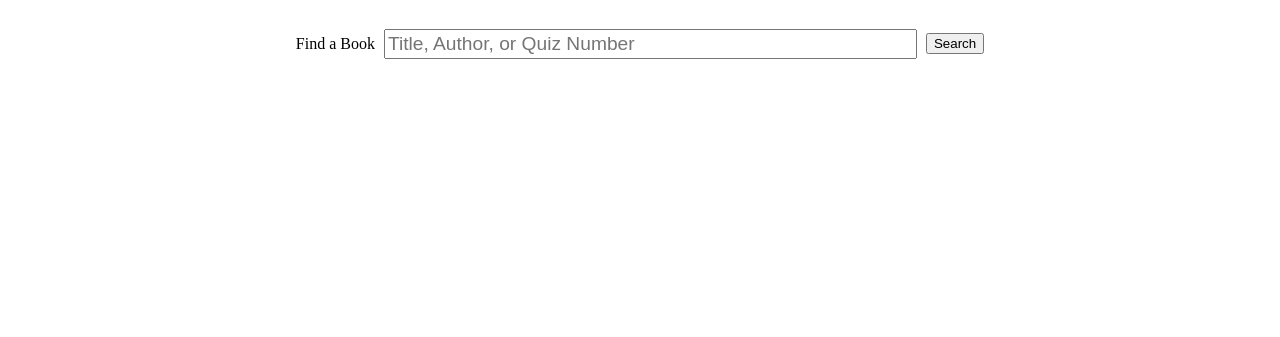
Repository: englibrary/ReadingBank
Page: LoginHome/test.html
The author's editor kept a copy of each file at every save. The page is drawn from the files as they stood at one save, then again after the next save.
The browser window is 1280 px wide. The pictures show the whole page.

Above is the page before, as saved 2015-02-13 11:19:36.

After the next save:
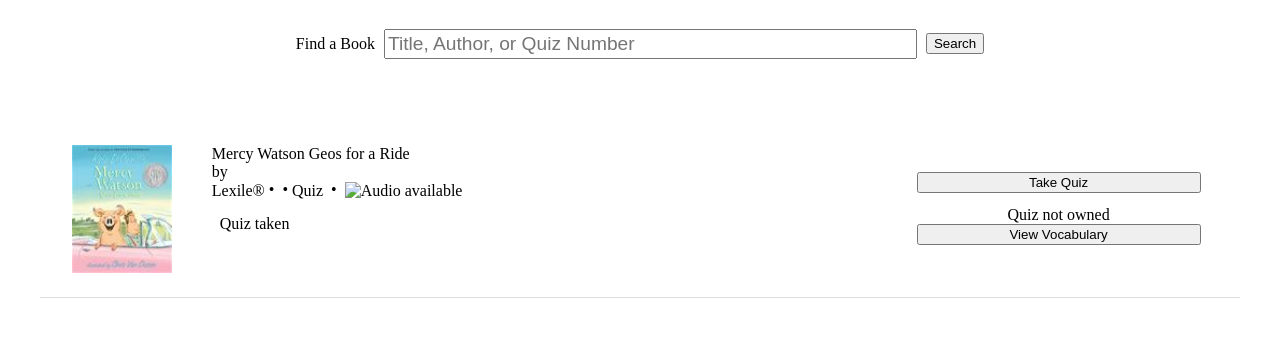
Saved 34 s later.
--- a/LoginHome/test.html
+++ b/LoginHome/test.html
@@ -16,5 +16,41 @@
 				<input class="posButton" type="button" value="Search" />
 				</div>
          </div>
+
+
+
+         	  <div ng-show="searchResults.data" class="ng-cloak roundedCorners largeBox" style="margin:.5em 1em 2em; padding-top:1em;">
+			<div ng-repeat="item in searchResults.data" class="ng-cloak" style="padding:2% 2em; margin:0px 1em; border-bottom:solid 1px #ddd; text-align:left;">
+				<div style="display:inline-block; width:70%; vertical-align:middle; margin-right:4%;">
+					<img src="Images/Mercy_Watson.jpg" style="float:left; vertical-align:middle; margin-right:5%; width:100px; height:auto;" alt="" />
+					<div style="overflow:hidden; vertical-align:middle;">
+						<div class="Mercy Watson" style="cursor:pointer;">Mercy Watson Geos for a Ride</a></div>
+						by&nbsp;<span ng-bind="DiCamilo, Kate"></span>
+						<div>
+							<span style="vertical-align:middle;">Lexile®</span>
+							<span ng-bind="item.level" style="vertical-align:middle;"></span>
+							<span ng-bind="item.interestLevel" style="vertical-align:middle;"></span>
+							&bull;&nbsp;<span ng-bind="item.fictionType" style="vertical-align:middle;"></span>
+							&bull;&nbsp;<span style="vertical-align:middle;">Quiz</span>
+							<span ng-bind="item.quizNum" style="vertical-align:middle;"></span>
+							<span ng-bind="item.language" style="vertical-align:middle;"></span>
+							<div ng-show="item.points" style="display:inline-block;">
+								&nbsp;&bull;&nbsp;<span ng-bind="item.points" style="vertical-align:middle;"></span>
+								<span ng-bind="item.points !== '1.0' ? 'Points':'Point'" style="vertical-align:middle;"></span>
+							</div>
+							<img ng-show="item.quizInfo.recordedVoiceAvailable" style="vertical-align:middle" ng-src="/rpna83um/images/arRecordedVoice.png" title="Audio available" />
+						</div>
+						<div ng-bind="item.description" style="margin-top:.5em;"></div>
+						<div ng-show="item.studentInfo.hasQuizzed" style="text-align:left; margin-top:.5em;"><span class="glyph glyph-book-check" style="font-size:24px; margin-right:.33em;"></span>Quiz taken</div>
+					</div>
+				</div>
+				<div style="display:inline-block; vertical-align:middle; text-align:right; overflow:hidden; width:25%;">
+					<input ng-click="takeQuiz($event)" ng-show="item.quizInfo.availQuizzes.length > 0" data="?Q={{item.quizNum}}&amp;L={{item.language}}&amp;T=RP&amp;P=1" class="defaultButton" type="button" style="display:block; width:100%; margin-bottom:1em;" value="Take Quiz" />
+					<div ng-show="item.quizInfo.availQuizzes.length == 0" style="text-align:center;">Quiz not owned</div>
+					<input ng-click="viewVocabulary($event)" ng-show="item.quizInfo.availQuizzes.indexOf('VP') > -1" data="?Q={{item.quizNum}}&amp;L={{item.language}}&amp;P=1" class="defaultButton" type="button" style="display:block; width:100%;" value="View Vocabulary" />
+				</div>
+			</div>
+			<div rl-prevnext maxpages="{{searchResults.paging.total}}" callback="search(e)"></div>
+		    </div>
 	</body>
 </html>
